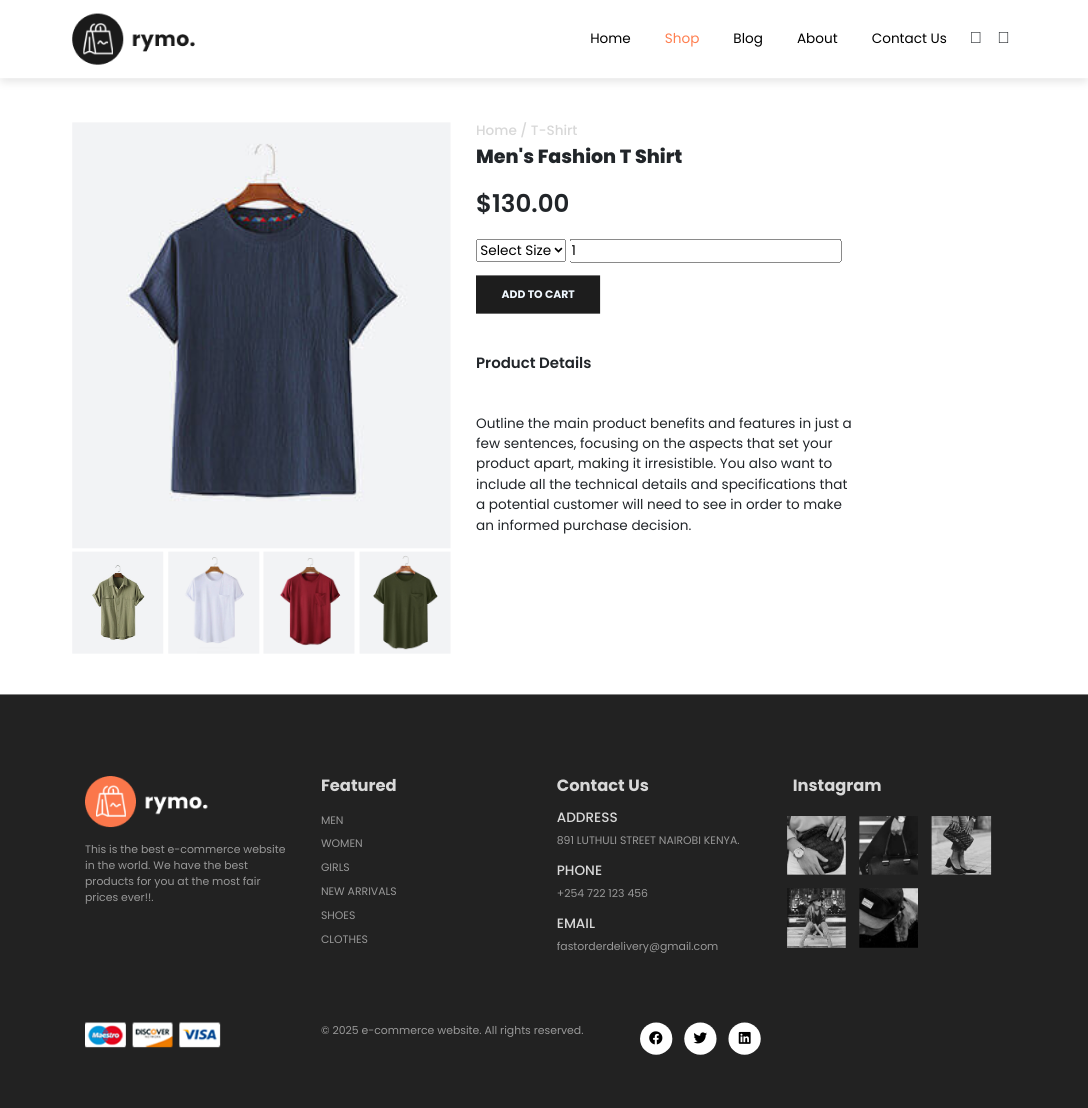
Repository: peter417waweru/e-commerce-UI
Page: sproduct.html
The author's editor kept a copy of each file at every save. The page is drawn from the files as they stood at one save, then again after the next save.
The browser window is 1280 px wide. The pictures show the whole page, at 85% of full size.
Some web libraries are served in a nearby version.

Above is the page before, as saved 2025-02-08 15:57:02.

### sproduct.html
<!DOCTYPE html>
<html lang="en">

    <head>
        <meta charset="UTF-8">
        <meta http-equiv="X-UA-Compatible" content="IE=edge">
        <meta name="viewport" content="width=device-width, initial-scale=1.0">
        <title>Product Details</title>

        <link rel="stylesheet" href="https://cdn.jsdelivr.net/npm/bootstrap@4.1.3/dist/css/bootstrap.min.css"
        integrity="sha384-MCw98/SFnGE8fJT3GXwEOngsV7Zt27NXFoaoApmYm81iuXoPkFOJwJ8ERdknLPMO" crossorigin="anonymous">

        <link rel="stylesheet" href="https://pro.fontawesome.com/releases/v5.10.0/css/all.css" />

        <link rel="stylesheet" href="./style.css">
        <link rel="stylesheet" href="./sproduct.css">
    </head>

    <body>
        <nav class="navbar navbar-expand-lg navbar-light bg-white py-3 fixed-top">
            <div class="container">
              <img src="img/logo1.png" alt="">
              <button class="navbar-toggler" type="button" data-bs-toggle="collapse" data-bs-target="#navbarSupportedContent"
              aria-controls="navbarSupportedContent" aria-expanded="false" aria-label="Toggle navigation">
                <span><i id="bar" class="fas fa-bars"></i></span>
              </button>
              <div class="collapse navbar-collapse" id="navbarSupportedContent">
                <ul class="navbar-nav ml-auto">
                  <li class="nav-item">
                    <a class="nav-link" aria-current="page" href="index.html">Home</a>
                  </li>
                  <li class="nav-item">
                    <a class="nav-link active" aria-current="page" href="shop.html">Shop</a>
                  </li>
                  <li class="nav-item">
                    <a class="nav-link" aria-current="page" href="#">Blog</a>
                  </li>
                  <li class="nav-item">
                    <a class="nav-link" aria-current="page" href="#">About</a>
                  </li>
                  <li class="nav-item">
                    <a class="nav-link" aria-current="page" href="#">Contact Us</a>
                  </li>
                  <li class="nav-item">
                    <i class="fal fa-search"></i>
                    <i class="fal fa-shopping-bag"></i>
                  </li>


                </ul>

              </div>
            </div>
        </nav>

        <section class="container sproduct my-5 pt-5">
            <div class="row mt-5">
                <div class="col-lg-5 col-mid-12 col-12">
                    <img class="img-fluid w-100  pb-1" src="img/shop/1.jpg" alt="">

                    <div class="small-img-group">
                        <div class="small-img-col">
                            <img src="img/shop/23.jpg" width="100%" class="small-img" alt="">
                        </div>
                        <div class="small-img-col">
                            <img src="img/shop/24.jpg" width="100%" class="small-img" alt="">
                        </div>
                        <div class="small-img-col">
                            <img src="img/shop/25.jpg" width="100%" class="small-img" alt="">
                        </div>
                        <div class="small-img-col">
                            <img src="img/shop/26.jpg" width="100%" class="small-img" alt="">
                        </div>
                    </div>
                </div>
                <div class="col-lg-5 col-mid-12 col-12" >
                    <h6>Home / T-Shirt</h6>
                    <h3 class="mb-4">Men's Fashion T Shirt</h3>
                    <h2>$130.00</h2>
                    <select class="my-3" name="" id="">
                        <option>Select Size</option>
                        <option>XXL</option>
                        <option>XL</option>
                        <option>Large</option>
                        <option>Small</option>
                    </select>
                    <input type="number" value="1">
                    <button class="buy-btn">Add To Cart</button>
                    <h4 class="mt-5 mb-5">Product Details</h4>
                    <span>Outline the main product benefits and features in just a few sentences, focusing on the aspects that set your product apart,
                         making it irresistible. You also want to include all the technical details and specifications that a potential customer will need to
                         see in order to make an informed purchase decision.</span>


                </div>
            </div>
        </section>



        <footer class="mt-5 py-5">
            <div class="row container mx-auto pt-5">
              <div class="footer-one col-lg-3 col-md-6 col-12">
                <img src="img/logo2.png" alt="">
                <p class="pt-3">This is the best e-commerce website in the world.
                   We have the best products for you at the most fair prices ever!!.</p>
              </div>
              <div class="footer-one col-lg-3 col-md-6 col-12">
                <h4 class="pb-2">Featured</h4>
                <ul class="text-uppercase list-unstyled">
                  <li><a href="#">men</a></li>
                  <li><a href="#">women</a></li>
                  <li><a href="#">girls</a></li>
                  <li><a href="#">new arrivals</a></li>
                  <li><a href="#">shoes</a></li>
                  <li><a href="#">clothes</a></li>
                </ul>
              </div>
              <div class="footer-one col-lg-3 col-md-6 col-12 mb-3">
                <h4 class="pb-2">Contact Us</h4>
                <div>
                  <h6 class="text-uppercase">Address</h6>
                <p>891 LUTHULI STREET NAIROBI KENYA.</p>
                </div>
                <div>
                  <h6 class="text-uppercase">Phone</h6>
                <p>+254 722 123 456</p>
                </div>
                <div>
                  <h6 class="text-uppercase">Email</h6>
                <p>fastorderdelivery@gmail.com</p>
                </div>
              </div>
              <div class="footer-one col-lg-3 col-md-6 col-12 mb-3">
                <h4 class="pb-2">Instagram</h4>
                <div class="row">
                  <img class="img-fluid w-25 h-100 m-2" src="img/insta/1.jpg" alt="">
                  <img class="img-fluid w-25 h-100 m-2" src="img/insta/2.jpg" alt="">
                  <img class="img-fluid w-25 h-100 m-2" src="img/insta/3.jpg" alt="">
                  <img class="img-fluid w-25 h-100 m-2" src="img/insta/4.jpg" alt="">
                  <img class="img-fluid w-25 h-100 m-2" src="img/insta/5.jpg" alt="">
                </div>
              </div>
            </div>
            <div class="copyright mt-5">
              <div class="row container mx-auto">
                <div class="col-lg-3 col-md-6 col-12 mb-4">
                  <img class="img-fluid" src="img/payment.png" alt="">
                </div>
                <div class="col-lg-4 col-md-6 col-12 text-nowrap mb-2">
                  <p>© 2025 e-commerce website. All rights reserved.</p>
                </div>
                <div class="col-lg-4 col-md-6 col-12">
                  <a href="#"><i class="fab fa-facebook"></i></a>
                  <a href="#"><i class="fab fa-twitter"></i></a>
                  <a href="#"><i class="fab fa-linkedin"></i></a>
                </div>
              </div>
            </div>
        </footer>


        <script src="https://cdn.jsdelivr.net/npm/@popperjs/core@2.9.1/dist/umd/popper.min.js"
            integrity="sha384-SR1sx49pcuLnqZUnnPwx6FCym0wLsk5JZuNx2bPPENzswTNFaQU1RDvt3wT4gWFG"
            crossorigin="anonymous">
        </script>
        <script src="https://cdn.jsdelivr.net/npm/bootstrap@5.0.0-beta3/dist/js/bootstrap.min.js"
            integrity="sha384-j0CNLUeiqtyaRmlzUHCPZ+Gy5fQu0dQ6eZ/xAww941Ai1SxSY+0EQqNXNE6DZiVc"
            crossorigin="anonymous">
        </script>
    </body>

</html>

### style.css
@import url("https://fonts.googleapis.com/css2?family=Poppins:wght@100;200;300;400;500;600;700;800;900&display=swap");
* {
  margin: 0;
  padding: 0;
  box-sizing: border-box;
}

body {
  font-family: "Poppins", sans-serif;
}

h1 {
  font-size: 2.5rem;
  font-weight: 700;
}

h2 {
  font-size: 1.8rem;
  font-weight: 600;
}

h3 {
  font-size: 1.4rem;
  font-weight: 800;
}

h4 {
  font-size: 1.1rem;
  font-weight: 600;
}

h5 {
  font-size: 1rem;
  font-weight: 400;
  color: #1d1d1d;
}

h6 {
  color: #d8d8d8;
}

hr {
  width: 30px;
  height: 2px;
  background-color: #fb774b;
}

.star {
  padding: 10px 0;
}

.star i{
  font-size: 0.8rem;
  color: goldenrod;
}

button {
  font-size: 0.8rem;
  font-weight: 700;
  outline: none;
  border: none;
  background-color: #1d1d1d;
  color: aliceblue;
  padding: 13px 30px;
  cursor: pointer;
  text-transform: uppercase;
  transition: 0.3s ease;
}

button:hover {
  background-color: #3a3833;
}

hr {
  width: 30px;
  height: 2px;

}

.navbar {
  font-size: 16px;
  background-color: #d8d8d8;
  top: 0;
  left: 0;
  box-shadow: 0 5px 10px rgba(0, 0, 0, 0.1);
}

.navbar-light .navbar-nav .nav-link{
  padding: 0 20px;
  color: black;
  transition: 0.3s ease;
}

.navbar-light .navbar-nav .nav-link:hover,
.navbar i:hover,
.navbar-light .navbar-nav .nav-link.active,
.navbar i.active
{
  color: coral;
}



.navbar i{
  font-size: 1.2rem;
  padding: 0 7px;
  cursor: pointer;
  transition: 0.3s ease;
}

/* Mobile Nav*/


.navbar-light .navbar-toggler{
  border: none;
  outline: none;
}

#bar {
  font-size: 1.5rem;
  padding: 7px;
  cursor: pointer;
  font-weight: 500;
  color: black;
  transition: 0.3s ease;
}

#bar:hover,
#bar.active{
  color: #fff;
}

@media only screen and (max-width: 990px) {

  body > nav > div > button:hover ,
  body > nav > div > button:focus {
    background-color: #fb774b;
  }

  body > nav > div > button:hover #bar,
  body > nav > div > button:focus #bar {
    background-color: #fb774b;
  }

  #navbarSupportedContent > ul {
    margin: 1rem;
    justify-content: flex-end;
    align-items: flex-end;
    text-align: right;
  }

  #navbarSupportedContent > ul > li:nth-child(n) > a {
    padding: 10px 0;
  }
}


#home {
  background-image: url("img/back.jpg");
  width: 100%;
  height: 100vh;
  background-size: cover;
  background-position: top 70px center;
  display: flex;
  flex-direction: column;
  align-items: flex-start;
  justify-content: center;

}

#home span{
  color: coral;
}

#new .one img{
  width: 100%;
  height: 100%;
  background-position: center center;
  background-repeat: no-repeat;
  background-size: cover;
  position: relative;
}


#new .row .one .details{
  position: absolute;
  width: 100%;
  height: 100%;
  top: 0;
  left: 0;
  transition: 0.3s ease;
}

#new .row .one:hover .details{
  cursor: pointer;
  background-color: rgba(255, 178, 178, 0.8);
}

#new .row .one .details button{
 display: inline-block;
 font-size: 14px;
 font-weight: 500;
 color: #2a2a2a;
 background: none;
 text-transform: uppercase;
 border-bottom: 1px solid #2a2a2a;
 padding: 1.5px;
 transform: translateY(70px);
 transition: 0.3s ease;
}

#new .row .one .details button:hover{
  cursor: pointer;
  color: #fff;
  border-bottom: 1px solid #fff;
}

#new .row .one:nth-child(1) .details{
  display: flex;
  justify-content: center;
  flex-direction: column;
  align-items: flex-start;
  text-align: start;
}

#new .row .one:nth-child(2) .details{
  display: flex;
  justify-content: center;
  flex-direction: column;
  align-items: center;
  text-align: center;
}

#new .row .one:nth-child(3) .details{
  display: flex;
  justify-content: center;
  flex-direction: column;
  align-items: flex-end;
  text-align: end;
}

/*Products*/

.product {
  cursor: pointer;
  margin-bottom: 2rem;
}

.product img{
  transition: 0.3s all;

}

.product img:hover{
  opacity: 0.7;
}

.product .buy-btn{
  background: #fb774b;
  transform: translateY(20px);
  opacity: 0;
  transition: 0.3s all;
}
.product:hover .buy-btn{
  transform: translateY(0px);
  opacity: 1;
}

#banner {
  background-image: url("img/banner/2.jpg");
  width: 100%;
  height: 60vh;
  background-size: cover;
  background-position: top 70px center;
  background-repeat: no-repeat;
  background-attachment: fixed;
  display: flex;
  flex-direction: column;
  align-items: flex-start;
  justify-content: center;
}

#banner h4{
  color: #D8D8D8;
}

#banner h1{
  color: #D8D8D8;
}

#banner button{
  background-color: #fb774b;
}

footer{
  background-color: #222222;
}

footer h4 {
  color: #D8D8D8;
  font-size: 1.2rem;
  font-weight: 700;
}

footer li {
  padding-bottom: 4px;
}

footer li a {
  font-size: 0.8rem;
  color: #999;
}

footer li a:hover {
  color: #D8D8D8;
}

footer p{
  color: #999;
  font-size: 0.8rem;
}

footer .copyright a{
  color: #000;
  width: 38px;
  height: 38px;
  background-color: #fff;
  display: inline-block;
  text-align: center;
  line-height: 38px;
  border-radius: 50%;
  transition: 0.3s ease;
  margin: 0 5px;

}

footer .copyright a:hover{
  color: #fff;
  background-color: #fb774b;
}

### sproduct.css
.small-img-group{
    display: flex;
    justify-content: space-between;
}

.small-img-col{
    flex-basis: 24%;
    cursor: pointer;
}

After the next save:
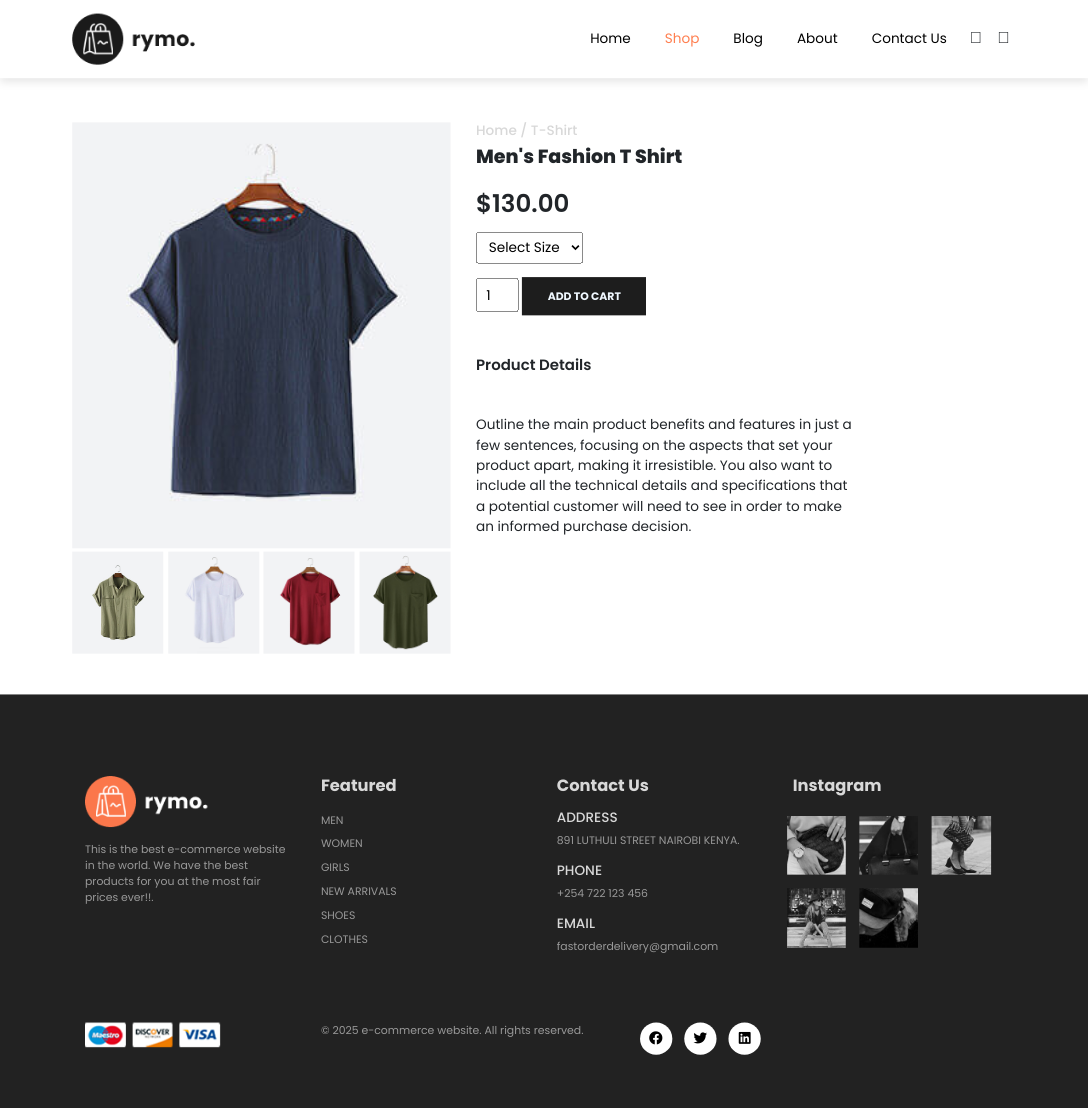
Saved 4 min 4 s later.
--- a/sproduct.css
+++ b/sproduct.css
@@ -7,3 +7,14 @@
     flex-basis: 24%;
     cursor: pointer;
 }
+
+.sproduct select{
+    display: block;
+    padding: 5px 10px;
+}
+
+.sproduct input{
+    width: 50px;
+    height: 40px;
+    padding-left: 10px;
+}
